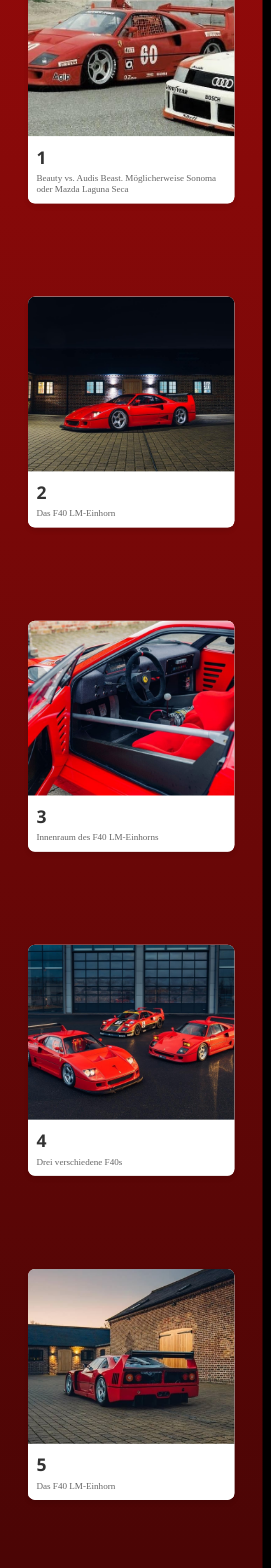
Repository: Johannes-Harald/martini-racing-fanclub
Page: /
These files come from the project's save history. The page is drawn as it stood at one moment and after the next save; the edit follows.
The browser window is 375 px wide. The page is 387 px wide, so the pictures cover 387 px, including what lies to the right of the window. The pictures show the part of the page from y = 2554 to 4794 px (the page is 18144 px tall before and 18598 px after), at 70% of full size.
Some web fonts or font styles are not loaded; a fallback is used. The project was rebuilt for these pictures with package versions that can differ from the ones it lists, and the page was loaded fresh each time. Also part of the build but not shown: vite.config.js, src/components/Lightbox/Lightbox.css, src/components/Lightbox/Lightbox.jsx, src/components/TitleCards/TitleCards.jsx, src/pages/Videos/Videos.css, src/pages/Videos/Videos.jsx.

Above is the page before, as saved 2024-10-13 10:01:35.

After the next save:
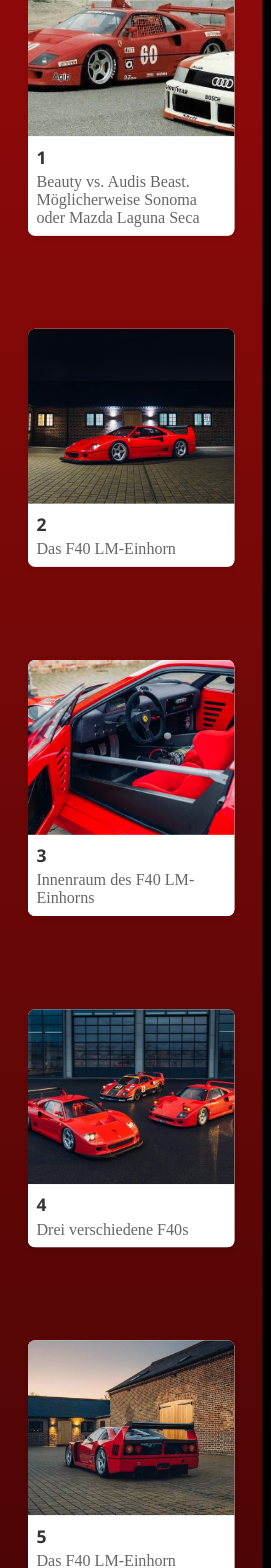
Saved 68 s later.
--- a/src/components/TitleCards/Ferrari.css
+++ b/src/components/TitleCards/Ferrari.css
@@ -84,7 +84,7 @@
     }
 
     .title-cards-info-ferrari p {
-      font-size: 13px;
+      font-size: 23px;
     }
 
     .title-cards-img-ferrari {
